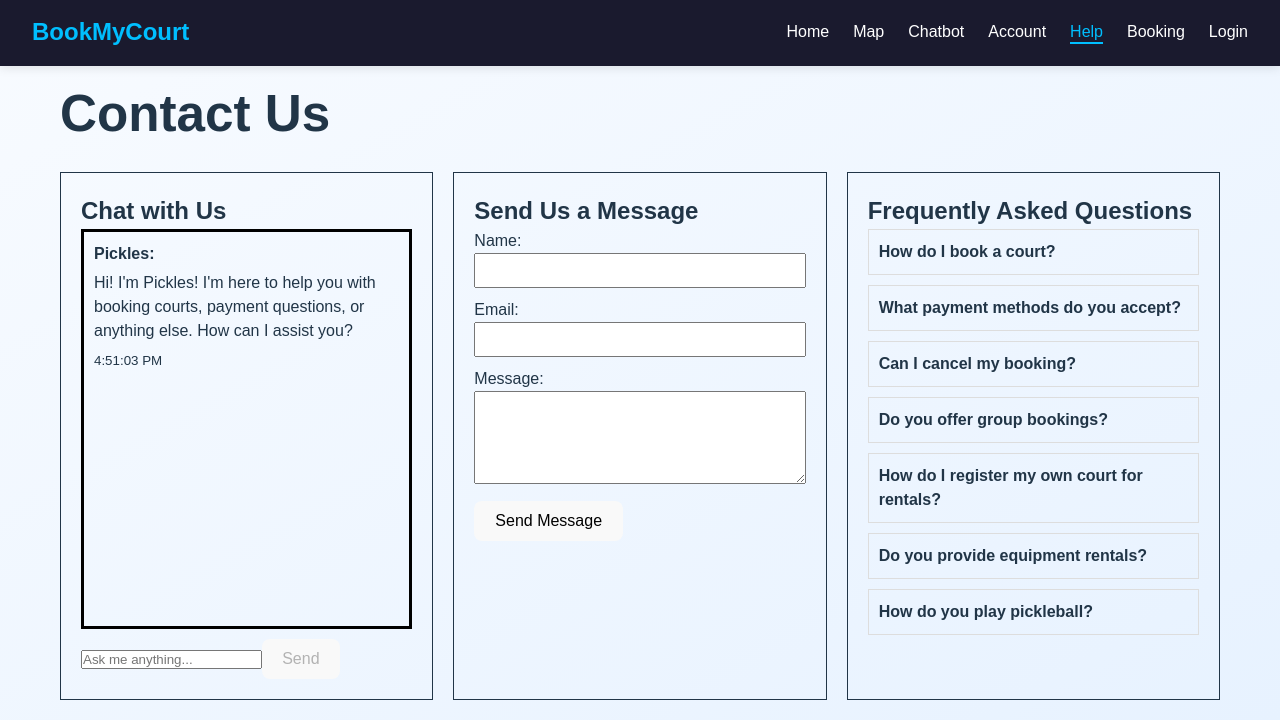
Repository: beyondparthiv/webdev-finalproject-bookmycourt
Page: /help (app in client/)
The author's editor kept a copy of each file at every save. The page is drawn from the files as they stood at one save, then again after the next save.
The browser window is 1280 px wide. The pictures show the whole page.
The page's requests for data from a server got no answer. The project was rebuilt for these pictures with package versions that can differ from the ones it lists, and the page was loaded fresh each time. No one was signed in, and anything a server would have sent is missing. Also part of the build but not shown: client/vite.config.ts, client/src/pages/Home.tsx, client/src/pages/Booking.css, client/src/pages/Booking.tsx, client/src/pages/Account.tsx, client/src/pages/Login.tsx, client/src/pages/Map.tsx.

Above is the page before, as saved 2025-12-01 16:39:02.

### client/src/App.tsx
import { BrowserRouter as Router, Routes, Route } from "react-router-dom";
import Navbar from "./components/Navbar";
import Home from "./pages/Home";
import Booking from "./pages/Booking";
import Account from "./pages/Account";
import Login from "./pages/Login";
import Map from "./pages/Map";
import "./index.css";
import { Contact } from "./pages/Chatbot+Contact/Contact";

function App() {
  return (
    <Router>
      <Navbar />
      <Routes>
        <Route path="/" element={<Home />} />
        <Route path="/booking" element={<Booking />} />
        <Route path="/account" element={<Account />} />
        <Route path="/help" element={<Contact />} />
        <Route path="/login" element={<Login />} />
        <Route path="/map" element={<Map />} />
      </Routes>
    </Router>
  );
}
export default App;

### client/src/components/Navbar.tsx
import React from "react";
import { Link, useLocation } from "react-router-dom";
import "./Navbar.css";

const Navbar: React.FC = () => {
  const location = useLocation();
  return (
    <nav className="navbar">
      <div className="logo">BookMyCourt</div>
      <ul>
        <li className={location.pathname === "/" ? "active" : ""}><Link to="/">Home</Link></li>
        <li className={location.pathname === "/map" ? "active" : ""}><Link to="/map">Map</Link></li>
        <li className={location.pathname === "/chatbot" ? "active" : ""}><Link to="/chatbot">Chatbot</Link></li>
        <li className={location.pathname === "/account" ? "active" : ""}><Link to="/account">Account</Link></li>
        <li className={location.pathname === "/help" ? "active" : ""}><Link to="/help">Help</Link></li>
        <li className={location.pathname === "/booking" ? "active" : ""}><Link to="/booking">Booking</Link></li>
        <li className={location.pathname === "/login" ? "active" : ""}><Link to="/login">Login</Link></li>
      </ul>
    </nav>
  );
};
export default Navbar;

### client/src/pages/Chatbot+Contact/Contact.tsx
import React, { useEffect, useState } from 'react';
import { Chatbot } from './Chatbot';
import { ContactForm } from './ContactForm';
import { FAQ } from './FAQ';

// Import at the top of the file
class GeminiService {
  private baseURL = 'https://generativelanguage.googleapis.com/v1beta/models';
  private apiKey: string;

  constructor(apiKey: string) {
    this.apiKey = apiKey;
  }

  async getChatResponse(userMessage: string, conversationHistory: any[]): Promise<string> {
    const url = `${this.baseURL}/gemini-2.0-flash-lite:generateContent?key=${this.apiKey}`;

    const recentHistory = conversationHistory
      .slice(-5)
      .map(msg => `${msg.role}: ${msg.content}`)
      .join('\n');

    const prompt = `You are a helpful chatbot for a pickleball court booking website.

IMPORTANT PAGES AND INFO:
- Homepage: Click "Book My Court" button to book courts
- Payment: We accept Visa, Mastercard, Apple Pay, and PayPal
- Rules Page: Has pickleball rules and guidelines
- About Page: Information about our facility
- Contact Page: Contact information and location

When users ask about:
- Booking → Tell them to go to the homepage and click "Book My Court"
- Payment → List the payment methods we accept (Visa, Mastercard, Apple Pay, PayPal)
- Rules → Tell them to visit the Rules page
- Hours/Location → Tell them to check the Contact page
- General info → Tell them to check the About page

Be conversational, friendly, and helpful. Keep responses concise (2-3 sentences max).

${recentHistory ? `Previous conversation:\n${recentHistory}\n` : ''}

User: ${userMessage}

Response (be helpful and concise):`;

    const requestBody = {
      contents: [{
        parts: [{ text: prompt }]
      }]
    };

    try {
      const response = await fetch(url, {
        method: 'POST',
        headers: {
          'Content-Type': 'application/json',
        },
        body: JSON.stringify(requestBody)
      });

      if (!response.ok) {
        throw new Error(`API error: ${response.status}`);
      }

      const data = await response.json();
      const aiResponse = data.candidates?.[0]?.content?.parts?.[0]?.text;

      if (!aiResponse) {
        throw new Error('No response from AI');
      }

      return aiResponse;
    } catch (error) {
      console.error('Gemini API Error:', error);
      throw error;
    }
  }
}

export const Contact: React.FC = () => {
  const [geminiService, setGeminiService] = useState<GeminiService | null>(null);

  useEffect(() => {
    // Initialize Gemini service with API key from .env to access AI Bot
    const apiKey = import.meta.env.VITE_GEMINI_API_KEY || '';
    console.log('API Key loaded:', apiKey ? 'Yes' : 'No');

    setGeminiService(new GeminiService(apiKey));
  }, []);

  if (!geminiService) {
    return <div>Loading...</div>;
  }

  return (
    <div style={{ padding: '20px', maxWidth: '1200px', margin: '0 auto' }}>
      <h1>Contact Us</h1>

      <div style={{ display: 'grid', gridTemplateColumns: '1fr 1fr 1fr', gap: '20px', marginTop: '30px' }}>

       {/*Chatbot*/}
        <div style={{ border: '1px solid', padding: '20px' }}>
          <Chatbot geminiService={geminiService} />
        </div>

        {/* Contact Form */}
        <div style={{ border: '1px solid', padding: '20px' }}>
          <ContactForm />
        </div>

        {/* FAQ */}
        <div style={{ border: '1px solid', padding: '20px' }}>
          <FAQ />
        </div>

      </div>
    </div>
  );
};

### client/src/components/Navbar.css
.navbar {
  display: flex;
  justify-content: space-between;
  align-items: center;
  background-color: #1a1a2e;
  color: #fff;
  padding: 1rem 2rem;
}
.navbar .logo {
  font-weight: 700;
  color: #00bfff;
  font-size: 1.5rem;
}
.navbar ul {
  display: flex;
  list-style: none;
  gap: 1.5rem;
}
.navbar a {
  text-decoration: none;
  color: #fff;
  font-weight: 500;
}
.navbar .active a,
.navbar a:hover {
  color: #00bfff;
  border-bottom: 2px solid #00bfff;
  padding-bottom: 2px;
}

### client/src/pages/Home.css
/* Reset defaults */
* {
  margin: 0;
  padding: 0;
  box-sizing: border-box;
}

/* Body fills entire screen */
body,
html,
#root {
  width: 100%;
  height: 100%;
  font-family: 'Poppins', sans-serif;
  background: linear-gradient(to bottom right, #f8fbff, #e7f2ff);
  overflow-x: hidden;
}

/* Navbar styling */
nav {
  width: 100%;
  background-color: #111827;
  padding: 1rem 2rem;
  display: flex;
  justify-content: space-between;
  align-items: center;
  box-shadow: 0px 2px 10px rgba(0, 0, 0, 0.1);
}

/* Ensure main app container takes full width */
.app-container {
  width: 100%;
  min-height: calc(100vh - 80px);
  display: flex;
  flex-direction: column;
  align-items: center;
  justify-content: center;
  text-align: center;
}

/* Home page section */
.home-container {
  width: 100%;
  min-height: calc(100vh - 80px);
  display: flex;
  flex-direction: column;
  justify-content: center;
  align-items: center;
  background: linear-gradient(to bottom right, #eef5ff, #dbeafe);
  padding: 2rem;
  text-align: center;
}

/* Headings and text */
.home-container h1 {
  font-size: 3rem;
  font-weight: 700;
  color: #1e293b;
  margin-bottom: 1rem;
}

.home-container h1 span {
  color: #007bff;
}

.home-container p {
  font-size: 1.2rem;
  color: #475569;
  margin-bottom: 2rem;
}

/* Button */
.home-container button {
  background-color: #007bff;
  color: white;
  border: none;
  padding: 0.8rem 2rem;
  border-radius: 8px;
  font-size: 1rem;
  cursor: pointer;
  transition: all 0.3s ease;
}

.home-container button:hover {
  background-color: #0056b3;
  transform: translateY(-2px);
}

/* Responsive */
@media (max-width: 768px) {
  .home-container h1 {
    font-size: 2.2rem;
  }

  .home-container p {
    font-size: 1rem;
  }

  .home-container button {
    padding: 0.7rem 1.5rem;
  }
}

### client/src/pages/Chatbot+Contact/Chatbot.tsx
import React, { useState, useRef, useEffect } from 'react';

export interface ChatMessage {
  role: 'user' | 'assistant';
  content: string;
  timestamp: Date;
}
interface ChatbotProps {
  geminiService: any; //GeminiService from GeminiClient.ts
}

export const Chatbot: React.FC<ChatbotProps> = ({ geminiService }) => {
  const [messages, setMessages] = useState<ChatMessage[]>([
    {
      role: 'assistant',
      content: 'Hi! I\'m Pickles! I\'m here to help you with booking courts, payment questions, or anything else. How can I assist you?',
      timestamp: new Date()
    }
  ]);
  const [inputValue, setInputValue] = useState('');
  const [isLoading, setIsLoading] = useState(false);
  const messagesEndRef = useRef<HTMLDivElement>(null);

  // Auto-scroll to latest message
  const scrollToBottom = () => {
    messagesEndRef.current?.scrollIntoView({ behavior: 'smooth' });
  };

  useEffect(() => {
    scrollToBottom();
  }, [messages]);

  const handleSend = async () => {
    if (!inputValue.trim() || isLoading) return;

    // Add message from user
    const userMessage: ChatMessage = {
      role: 'user',
      content: inputValue,
      timestamp: new Date()
    };

    setMessages(prev => [...prev, userMessage]);
    setInputValue('');
    setIsLoading(true);

    try {
      // Call Gemini API
      const response = await geminiService.getChatResponse(inputValue, messages);

      // Add assistant response
      const assistantMessage: ChatMessage = {
        role: 'assistant',
        content: response,
        timestamp: new Date()
      };

      setMessages(prev => [...prev, assistantMessage]);
    } catch (error) {
      console.error('Error getting chat response:', error);
      const errorMessage: ChatMessage = {
        role: 'assistant',
        content: 'Sorry, I encountered an error. Please try again.',
        timestamp: new Date()
      };
      setMessages(prev => [...prev, errorMessage]);
    } finally {
      setIsLoading(false);
    }
  };

  const handleKeyPress = (e: React.KeyboardEvent) => {
    if (e.key === 'Enter' && !e.shiftKey) {
      e.preventDefault();
      handleSend();
    }
  };

  return (
    <div>
      <h2>Chat with Us</h2>

      <div style={{ border: '3px solid black', height: '400px', padding: '10px' }}>
        {messages.map((message, index) => (
          <div key={index} style={{ marginBottom: '10px', textAlign: message.role === 'user' ? 'right' : 'left' }}>
            <div>
              <strong>{message.role === 'user' ? 'You' : 'Pickles'}:</strong>
              <p style={{ margin: '5px 0' }}>{message.content}</p>
              <small>{message.timestamp.toLocaleTimeString()}</small>
            </div>
          </div>
        ))}
        {isLoading && (
          <div style={{ marginBottom: '10px', textAlign: 'left' }}>
            <em>Pickles is thinking...</em>
          </div>
        )}
        <div ref={messagesEndRef} />
      </div>

      <div style={{ marginTop: '10px' }}>
        <input
          type="text"
          value={inputValue}
          onChange={(e) => setInputValue(e.target.value)}
          placeholder="Ask me anything..."
          disabled={isLoading}
        />
        <button
          onClick={handleSend}
          disabled={isLoading || !inputValue.trim()} //trimming ending whitespaces
        >
          Send
        </button>
      </div>
    </div>
  );
};

### client/src/pages/Chatbot+Contact/ContactForm.tsx
import React, { useState } from 'react';

export const ContactForm: React.FC = () => {
  const [name, setName] = useState('');
  const [email, setEmail] = useState('');
  const [message, setMessage] = useState('');
  const [showAlert, setShowAlert] = useState(false);

  const handleSubmit = (e: React.FormEvent) => {
    e.preventDefault();

    // Show popup instead of actually sending email
    setShowAlert(true);

    // Clear form
    setName('');
    setEmail('');
    setMessage('');

  };

  return (
    <div>
      <h2>Send Us a Message</h2>

      {showAlert && (
        <div style={{
          background: '#00bae4ff',
          border: '1px solid #05017cff',
          padding: '15px',
          marginBottom: '20px',
          borderRadius: '5px'
        }}>
          <strong>Message sent!</strong> We will respond soon. In the meantime, check out our FAQs or ask Pickles for additional help!
        </div>
      )}

      <form onSubmit={handleSubmit}>
        <div style={{ marginBottom: '10px' }}>
          <label>Name:</label><br />
          <input
            type="text"
            value={name}
            onChange={(e) => setName(e.target.value)}
            required
            style={{ width: '100%', padding: '8px' }}
          />
        </div>

        <div style={{ marginBottom: '10px' }}>
          <label>Email:</label><br />
          <input
            type="email"
            value={email}
            onChange={(e) => setEmail(e.target.value)}
            required
            style={{ width: '100%', padding: '8px' }}
          />
        </div>

        <div style={{ marginBottom: '10px' }}>
          <label>Message:</label><br />
          <textarea
            value={message}
            onChange={(e) => setMessage(e.target.value)}
            required
            rows={5}
            style={{ width: '100%', padding: '8px' }}
          />
        </div>

        <button type="submit" style={{ padding: '10px 20px' }}>
          Send Message
        </button>
      </form>
    </div>
  );
};

### client/src/pages/Chatbot+Contact/FAQ.tsx
import React, { useState } from 'react';

interface FAQItem {
  question: string;
  answer: string;
}

export const FAQ: React.FC = () => {
  const [openIndex, setOpenIndex] = useState<number | null>(null);

  const faqs: FAQItem[] = [
    {
      question: "How do I book a court?",
      answer: "Go to the homepage and click the 'Book My Court' button. You'll be able to see available time slots and make a reservation."
    },
    {
      question: "What payment methods do you accept?",
      answer: "We accept Visa, Mastercard, Apple Pay, and PayPal. PLEASE NOTE: This is a demo site; no actual payments are processed."
    },
    {
      question: "Can I cancel my booking?",
      answer: "Yes! You can cancel up to 24 hours before your booking time for a full refund."
    },
    {
      question: "Do you offer group bookings?",
      answer: "Yes, please contact us for group rates and special event bookings."
    },
    {
      question: "How do I register my own court for rentals?",
      answer: "We offer a service for court owners to list their courts. Please reach out to us via the contact form for more information."
    },
    {
      question: "Do you provide equipment rentals?",
      answer: "No, you are required to bring your own pickleball equipment."
    },
    {
      question: "How do you play pickleball?",
      answer: "Pickleball is played with a paddle and a plastic ball with holes. You can find detailed rules on our Rules page."
    }
  ];

  const toggleFAQ = (index: number) => {
    setOpenIndex(openIndex === index ? null : index);
  };

  return (
    <div>
      <h2>Frequently Asked Questions</h2>

      {faqs.map((faq, index) => (
        <div key={index} style={{ marginBottom: '10px', border: '1px solid #ddd', padding: '10px' }}>
          <div
            onClick={() => toggleFAQ(index)}
            style={{ cursor: 'pointer', fontWeight: 'bold' }}
          >
            {faq.question}
          </div>

          {openIndex === index && (
            <div style={{ marginTop: '10px', paddingLeft: '10px' }}>
              {faq.answer}
            </div>
          )}
        </div>
      ))}
    </div>
  );
};

Loaded but not shown: client/index.html (common file); client/src/main.tsx (common file); client/src/index.css (common file)

After the next save:
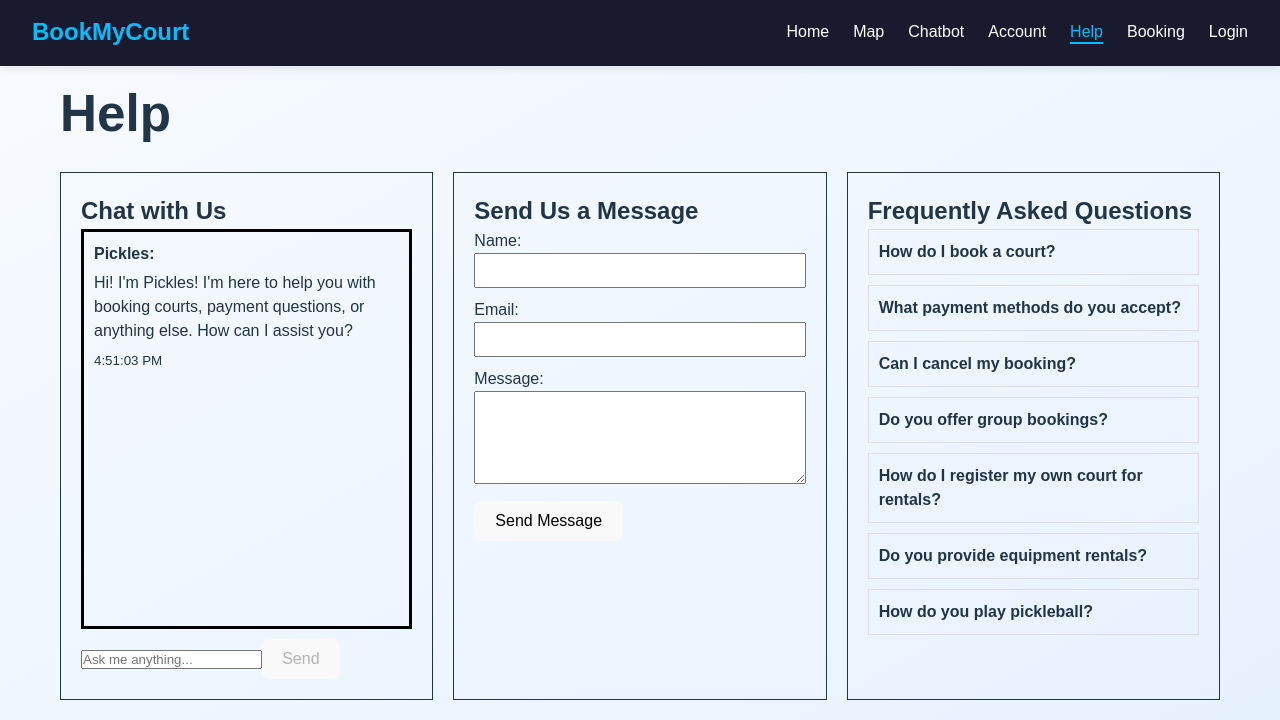
Saved 55 s later.
--- a/client/src/pages/Chatbot+Contact/Contact.tsx
+++ b/client/src/pages/Chatbot+Contact/Contact.tsx
@@ -95,7 +95,7 @@ export const Contact: React.FC = () => {
 
   return (
     <div style={{ padding: '20px', maxWidth: '1200px', margin: '0 auto' }}>
-      <h1>Contact Us</h1>
+      <h1>Help</h1>
 
       <div style={{ display: 'grid', gridTemplateColumns: '1fr 1fr 1fr', gap: '20px', marginTop: '30px' }}>
 
